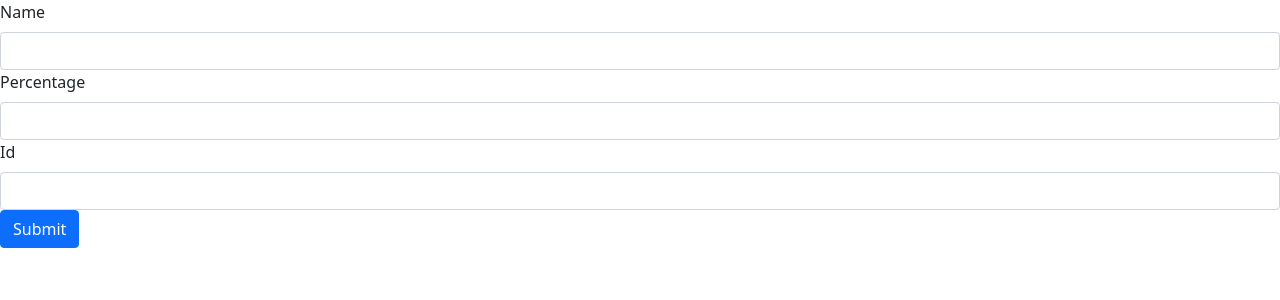
Repository: shivamaninalla/Bank-Application-JSP
Page: http://localhost/09-student-mvc-db/addStudent.jsp
An editor plug-in stored every save of this project. The page is shown before and after the next save, followed by the edit.
The browser window is 1280 px wide. The pictures show the whole page.
The page is served by Tomcat 9.

Above is the page before, as saved 2024-07-17 09:12:53.

After the next save:
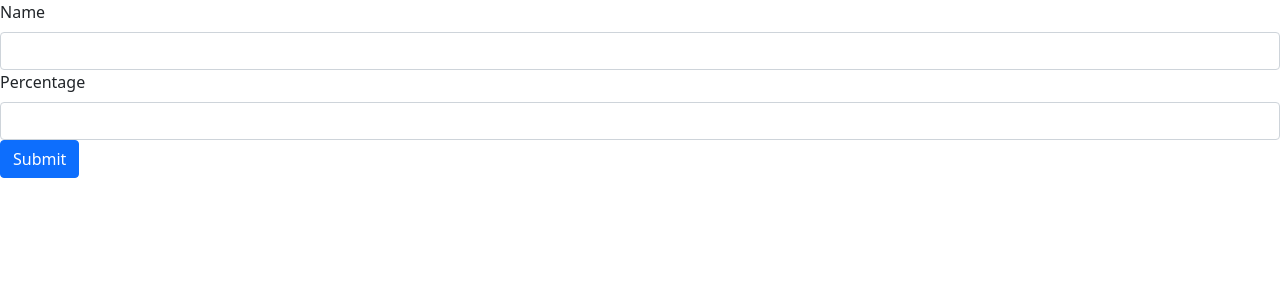
Saved 13 s later.
--- a/09-student-mvc-db/WebContent/addStudent.jsp
+++ b/09-student-mvc-db/WebContent/addStudent.jsp
@@ -29,9 +29,7 @@
     <label for="percentage" class="form-label">Percentage</label>
     <input type="text" class="form-control" id="percentage" name="percentage">
 
-     <div class="mb-3">
-    <label for="id" class="form-label">Id</label>
-    <input type="text" class="form-control" id="id" name="id">
+
 
   <button type="submit" class="btn btn-primary">Submit</button>
 
